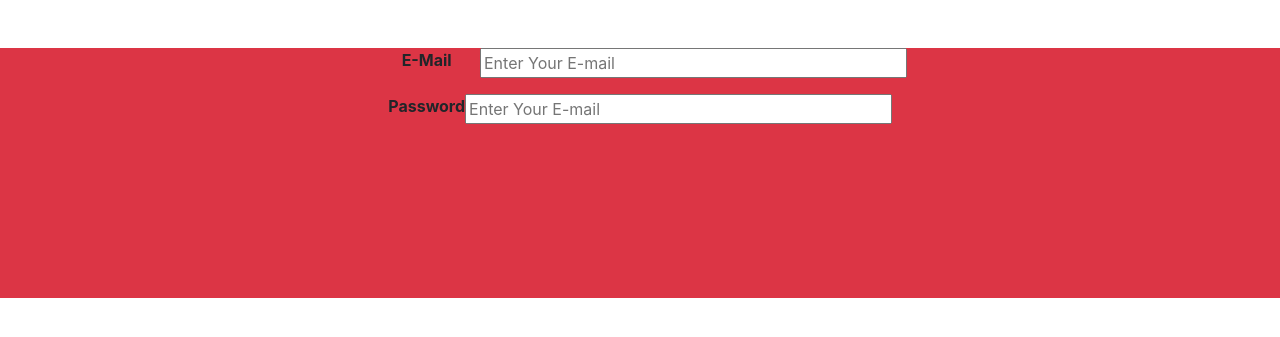
Repository: mariamkhaledsapra/E-Commerce-main
Page: /login
The author's editor kept a copy of each file at every save. The page is drawn from the files as they stood at one save, then again after the next save.
The browser window is 1280 px wide. The pictures show the whole page.
The project was rebuilt for these pictures with package versions that can differ from the ones it lists, and the page was loaded fresh each time. Also part of the build but not shown: src/components/Navbar.jsx.

Above is the page before, as saved 2024-02-13 21:40:13.

After the next save:
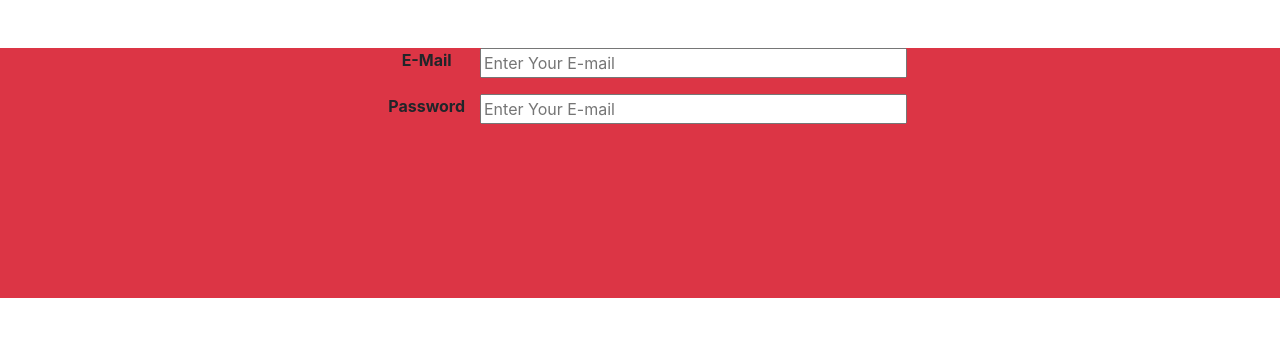
Saved 6 s later.
--- a/src/components/Login.jsx
+++ b/src/components/Login.jsx
@@ -11,7 +11,7 @@ const Login = () => {
         </div>
       </div>
       <div className="mb-3  d-flex justify-content-center">
-        <label className="fw-bolder">Password</label>
+        <label className="fw-bolder col-1">Password</label>
         <div className="col-4">
           <input type="password" placeholder="Enter Your E-mail" className={"w-100"}/>
         </div>
